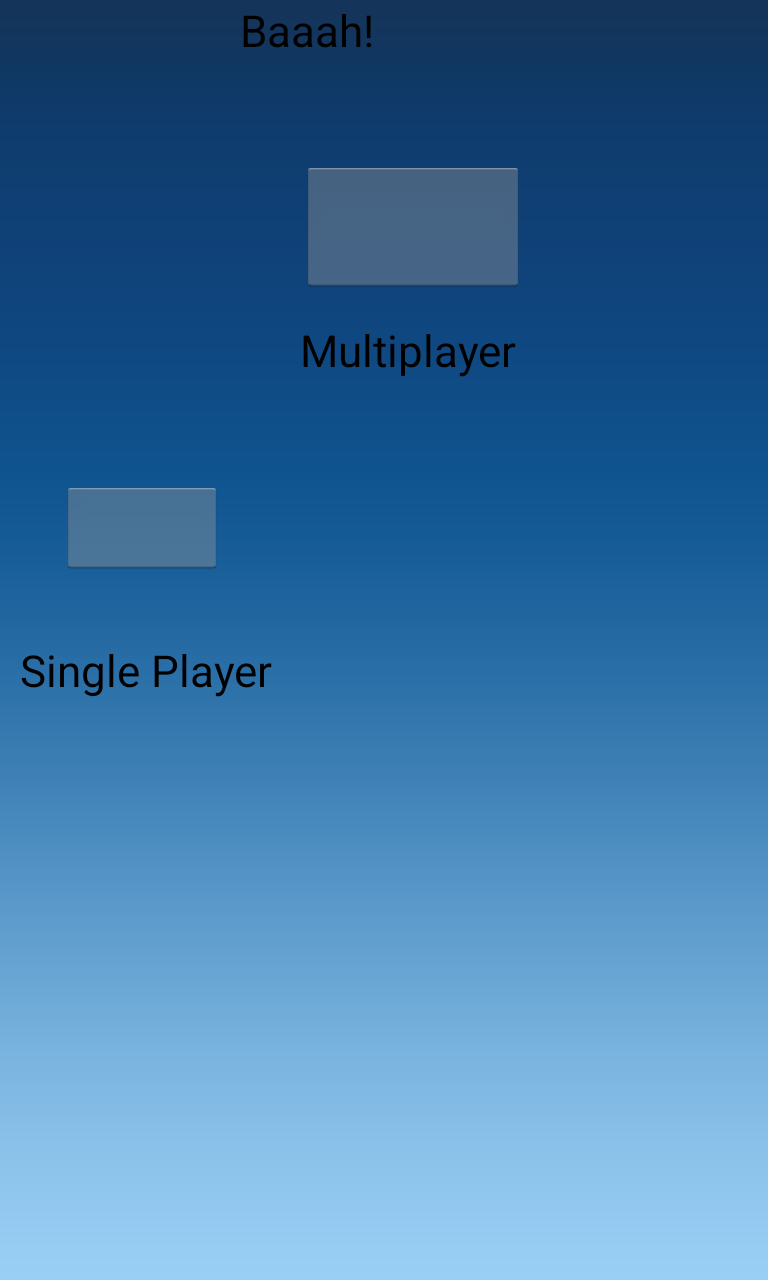
Repository: exilonX/CodeWarsFelula
Layout: Baa/res/layout/end_game.xml
The author's editor kept a copy of each file at every save. The layout is drawn from the files as they stood at one save, then again after the next save.
It is drawn on a 768 x 1280 px phone screen (xhdpi) without system bars, with theme AppTheme; the app's code is not run.

Above is the layout before, as saved 2014-02-22 17:13:24.

### Baa/res/layout/end_game.xml
<?xml version="1.0" encoding="utf-8"?>
<FrameLayout xmlns:android="http://schemas.android.com/apk/res/android"
    android:layout_width="fill_parent"
    android:layout_height="fill_parent"
    android:background="@drawable/background"
    android:orientation="vertical" >

    <Button
        android:id="@+id/player1"
        android:layout_width="113dp"
        android:layout_height="67dp"
        android:layout_marginBottom="90dp"
        android:layout_marginLeft="150dp"
        android:layout_marginRight="0dp"
        android:layout_marginTop="80dp"
        />

    <Button
        android:id="@+id/player2"
        android:layout_width="82dp"
        android:layout_height="wrap_content"
        android:layout_marginBottom="0dp"
        android:layout_marginLeft="30dp"
        android:layout_marginRight="120dp"
        android:layout_marginTop="240dp"
        />

    <TextView
        android:id="@+id/textView1"
        android:layout_width="120dp"
        android:layout_height="wrap_content"
        android:layout_marginBottom="110dp"
        android:layout_marginLeft="150dp"
        android:layout_marginRight="0dp"
        android:layout_marginTop="160dp"
        android:layout_weight="0.06"
        android:text="Multiplayer"
        android:textAppearance="?android:attr/textAppearanceLarge" />

    <TextView
        android:id="@+id/textView2"
        android:layout_width="wrap_content"
        android:layout_height="wrap_content"
        android:layout_marginBottom="110dp"
        android:layout_marginLeft="10dp"
        android:layout_marginRight="0dp"
        android:layout_marginTop="320dp"
        android:text="Single Player"
        android:textAppearance="?android:attr/textAppearanceLarge" />

    <TextView
        android:id="@+id/textView3"
        android:layout_width="wrap_content"
        android:layout_height="wrap_content"
        android:layout_marginBottom="110dp"
        android:layout_marginLeft="120dp"
        android:layout_marginRight="0dp"
        android:layout_marginTop="0dp"
        android:text="Baaah!"
        android:textAppearance="?android:attr/textAppearanceLarge" />

</FrameLayout>

Loaded but not shown: Baa/res/values/styles.xml (common file); Baa/res/values-v11/styles.xml (common file); Baa/res/values-v14/styles.xml (common file)

After the next save:
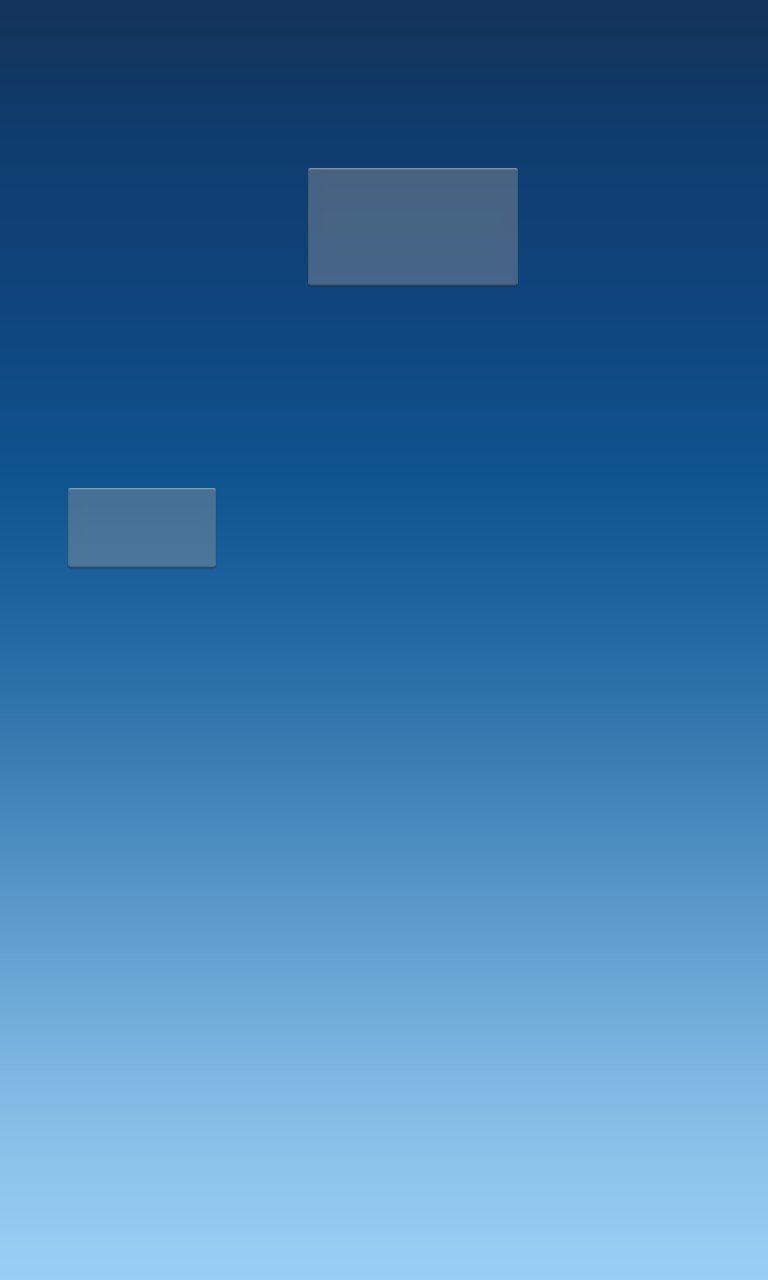
Saved 12 s later.
--- a/Baa/res/layout/end_game.xml
+++ b/Baa/res/layout/end_game.xml
@@ -25,38 +25,5 @@
         android:layout_marginTop="240dp"
         />
 
-    <TextView
-        android:id="@+id/textView1"
-        android:layout_width="120dp"
-        android:layout_height="wrap_content"
-        android:layout_marginBottom="110dp"
-        android:layout_marginLeft="150dp"
-        android:layout_marginRight="0dp"
-        android:layout_marginTop="160dp"
-        android:layout_weight="0.06"
-        android:text="Multiplayer"
-        android:textAppearance="?android:attr/textAppearanceLarge" />
-
-    <TextView
-        android:id="@+id/textView2"
-        android:layout_width="wrap_content"
-        android:layout_height="wrap_content"
-        android:layout_marginBottom="110dp"
-        android:layout_marginLeft="10dp"
-        android:layout_marginRight="0dp"
-        android:layout_marginTop="320dp"
-        android:text="Single Player"
-        android:textAppearance="?android:attr/textAppearanceLarge" />
-
-    <TextView
-        android:id="@+id/textView3"
-        android:layout_width="wrap_content"
-        android:layout_height="wrap_content"
-        android:layout_marginBottom="110dp"
-        android:layout_marginLeft="120dp"
-        android:layout_marginRight="0dp"
-        android:layout_marginTop="0dp"
-        android:text="Baaah!"
-        android:textAppearance="?android:attr/textAppearanceLarge" />
 
 </FrameLayout>
